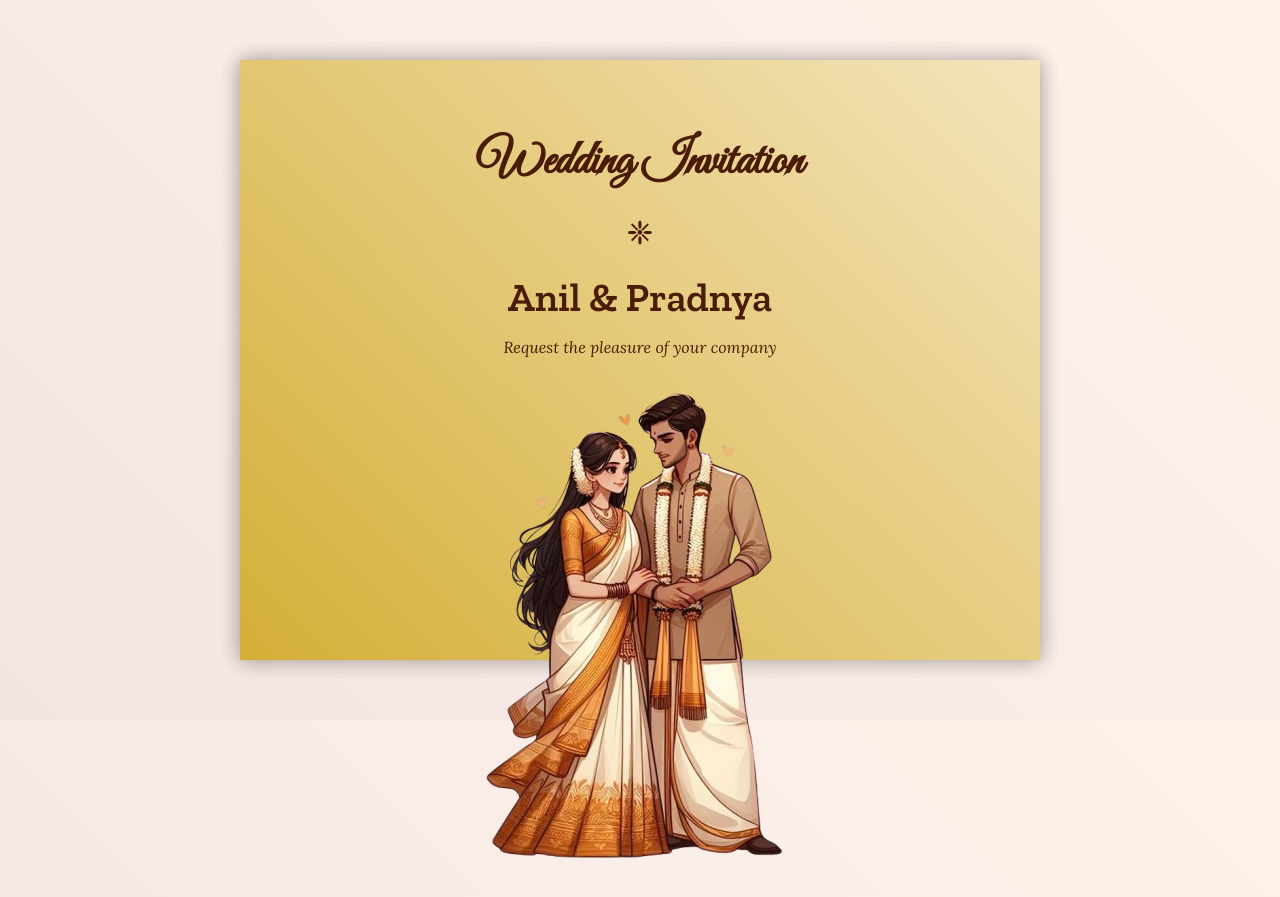
Repository: abhibkop27/finalwedding
Page: index.html
An editor plug-in stored every save of this project. The page is shown before and after the next save, followed by the edit.
The browser window is 1280 px wide. The pictures show the whole page.

Above is the page before, as saved 2025-02-17 13:20:47.

After the next save:
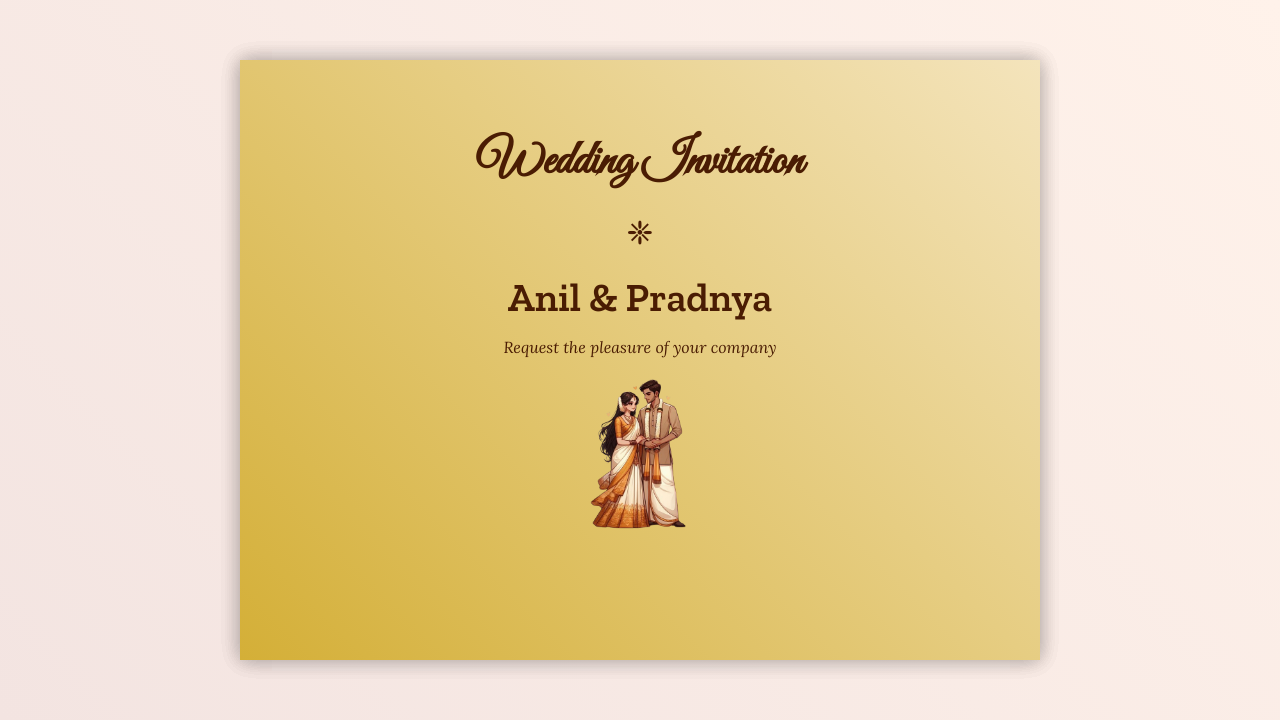
Saved 31 s later.
--- a/index.html
+++ b/index.html
@@ -16,7 +16,7 @@
                 <div class="ornament">❈</div>
                 <h2 class="main-name">Anil & Pradnya</h2>
                 <p>Request the pleasure of your company</p>
-                <img src="./asstes/pics/Wedding_Couple_Photos_Cartoon-removebg-preview.png" alt="wedding">
+                <img src="./asstes/pics/Wedding_Couple_Photos_Cartoon-removebg-preview.png" alt="wedding" style="height: 10rem;">
             </div>
         </div>
 
